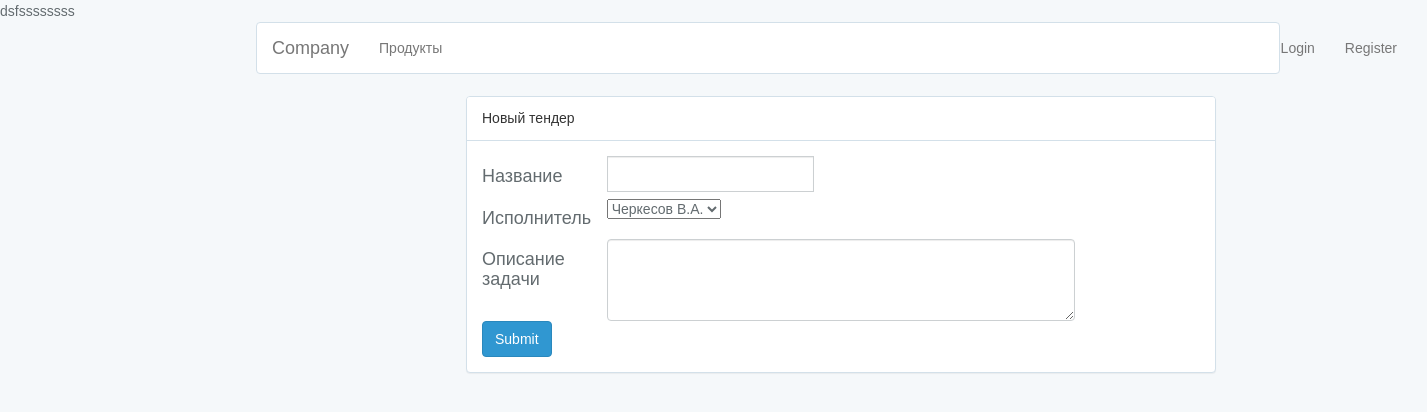
Repository: blackjack043/laravel-crud
Page: http://localhost/page2
The author's editor kept a copy of each file at every save. The page is drawn from the files as they stood at one save, then again after the next save.
The browser window is 1280 px wide. The page is 1427 px wide, then 1280 px, so the pictures cover 1427 px, including what lies to the right of the window. The pictures show the whole page.
Some web fonts or font styles are not loaded; a fallback is used. The page is served by the project's Laravel application, run on PHP 8.4 with Laravel 8.

Above is the page before, as saved 2022-03-06 21:10:12.

After the next save:
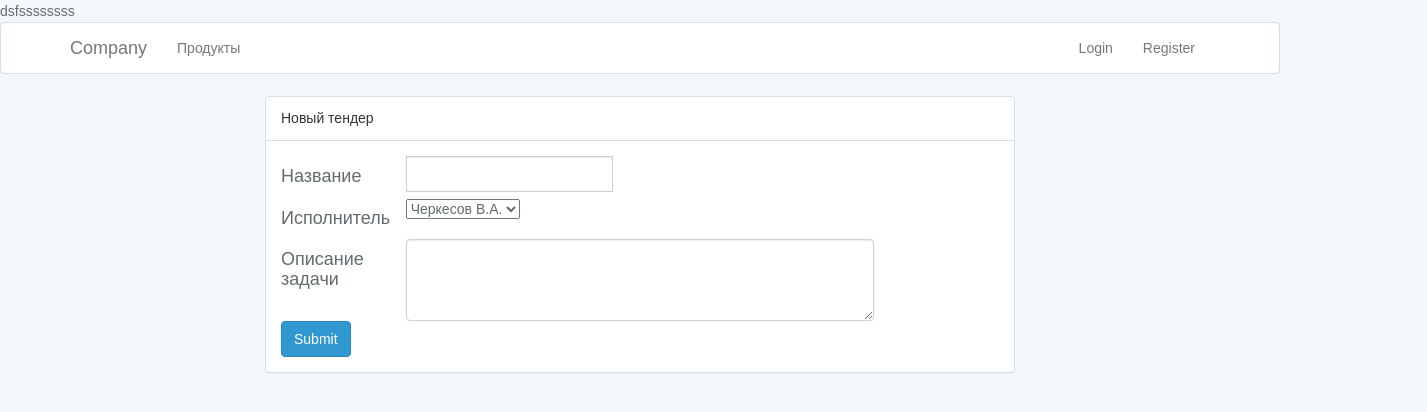
Saved 8 s later.
--- a/resources/views/layouts/app2.blade.php
+++ b/resources/views/layouts/app2.blade.php
@@ -23,7 +23,7 @@
 <body>
     <div id="app" >
         <div style="" >dsfssssssss</div>
-        <div style="display:inline; width:80%; float:right">
+        <div style="display:inline; width:100%; float:right">
         <nav class="navbar navbar-default">
             <div class="container">
                 <div class="navbar-header">
